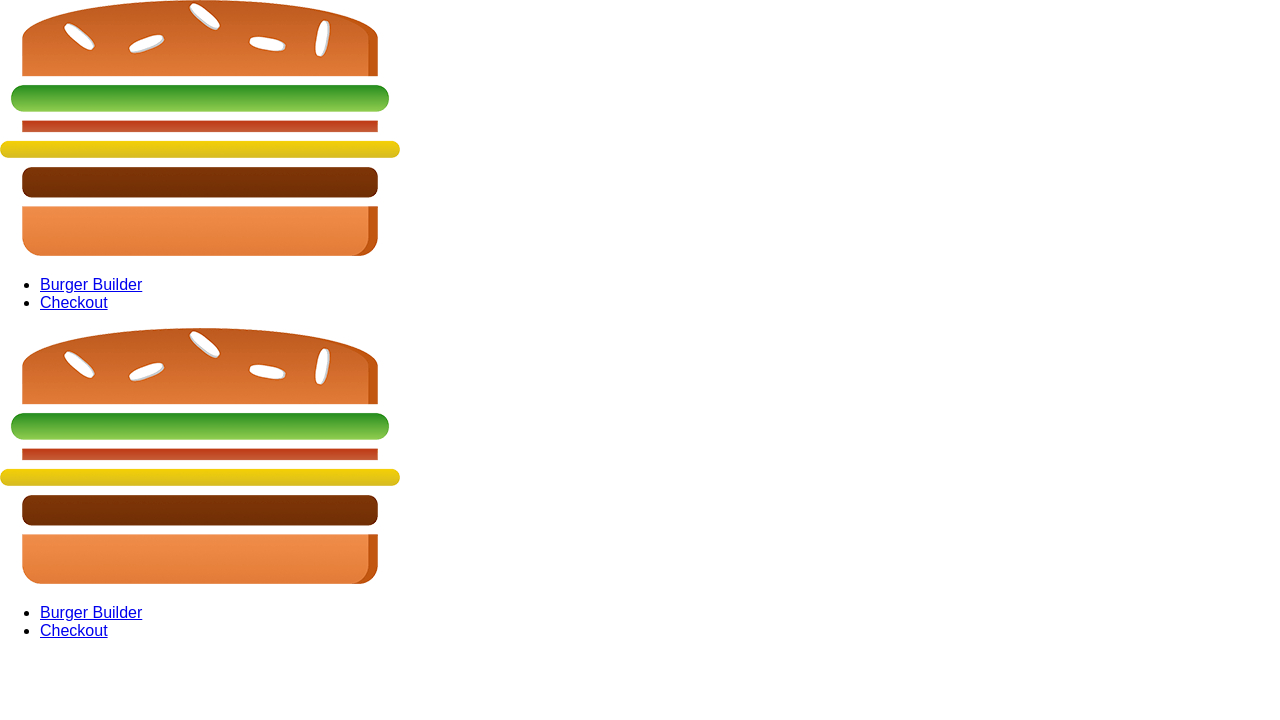
Repository: nidhi-abrol-sethi/react-burger-builder
Page: /orders
An editor plug-in stored every save of this project. The page is shown before and after the next save, followed by the edit.
The browser window is 1280 px wide. The pictures show the whole page.
The project was rebuilt for these pictures with package versions that can differ from the ones it lists, and the page was loaded fresh each time. Also part of the build but not shown: src/hoc/Layout/Layout.css, src/components/Navigation/Toolbar/Toolbar.css, src/components/Logo/Logo.css, src/components/Navigation/NavigationItems/NavigationItems.css, src/components/Navigation/NavigationItem/NavigationItem.css, src/components/Navigation/SideDrawer/DrawerToggle/DrawerToggle.css, src/components/UI/Backdrop/Backdrop.css, src/components/Navigation/SideDrawer/SideDrawer.css and 24 more.

Above is the page before, as saved 2020-05-26 05:18:58.

After the next save:
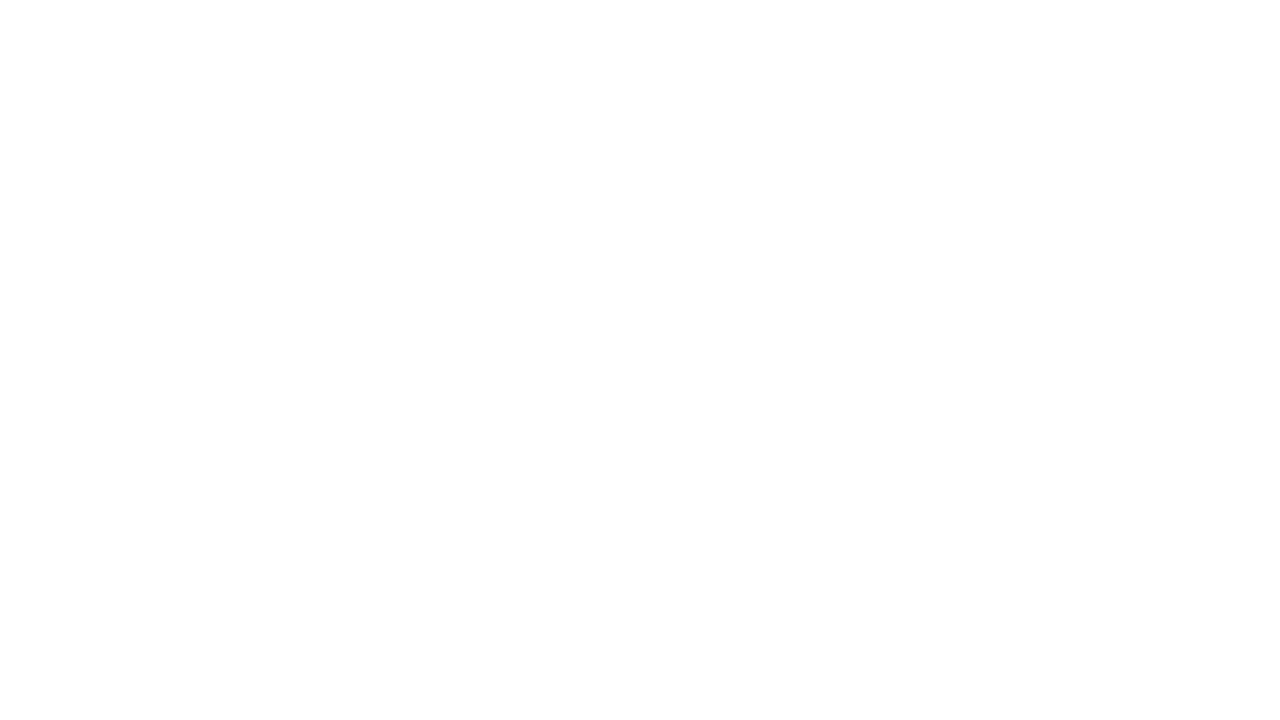
Console error: ReferenceError: classes is not defined
Saved 108 s later.
--- a/src/App.js
+++ b/src/App.js
@@ -3,6 +3,7 @@ import { Route, Switch } from "react-router-dom";
 import Layout from "./hoc/Layout/Layout";
 import BurgerBuild from "./containers/BurgerBuild/BurgerBuild";
 import Checkout from "./containers/Checkout/Checkout";
+import Orders from "./containers/Orders/Orders";
 
 class App extends Component {
   render() {
@@ -11,6 +12,7 @@ class App extends Component {
         <Layout>
           <Switch>
             <Route path="/checkout" component={Checkout} />
+            <Route path="/orders" component={Orders} />
             <Route path="/" exact component={BurgerBuild} />
           </Switch>
         </Layout>

After the save that followed:
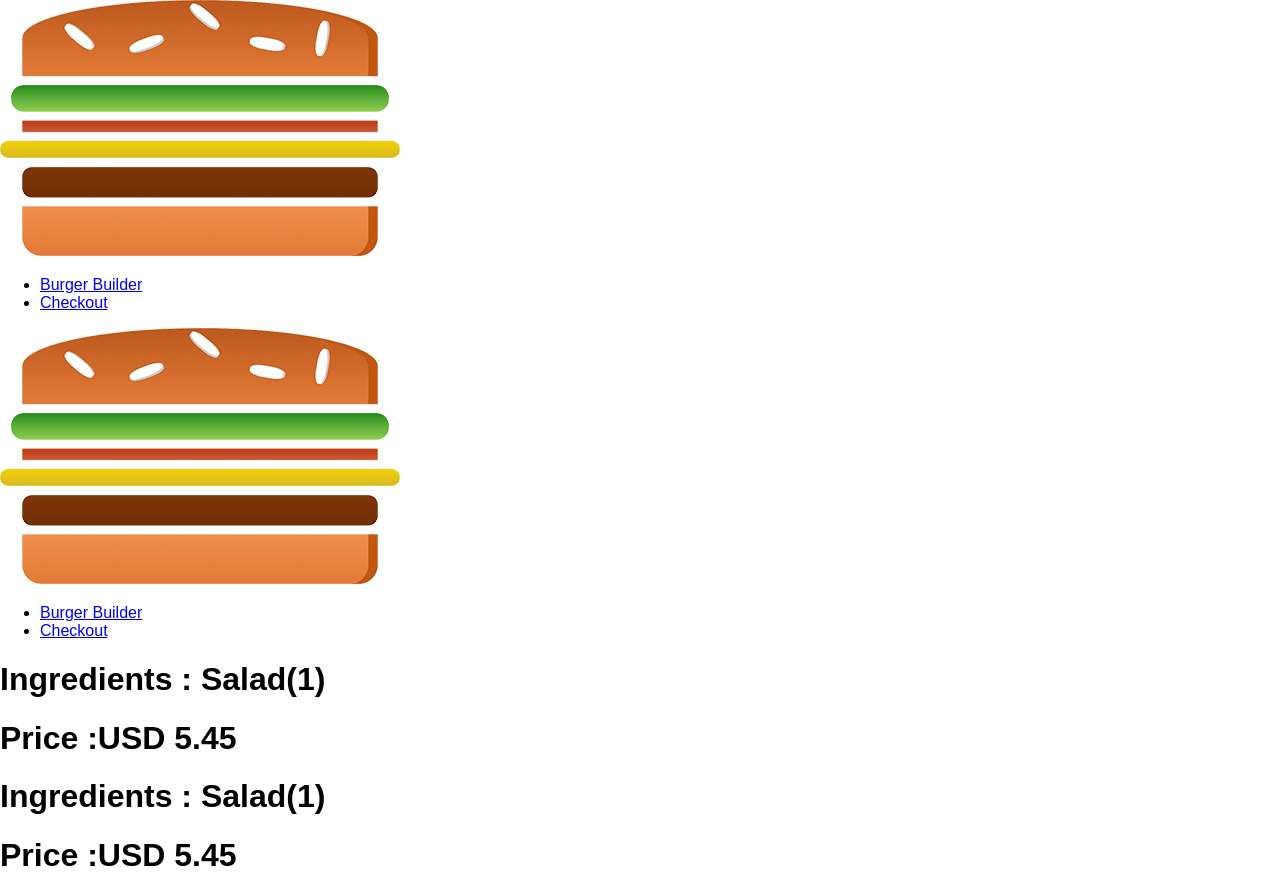
The error is gone.
Saved 81 s later.
--- a/src/components/Order/Order.js
+++ b/src/components/Order/Order.js
@@ -1,4 +1,5 @@
 import React from "react";
+import classes from "./Order.css";
 
 const order = props => {
   return (
